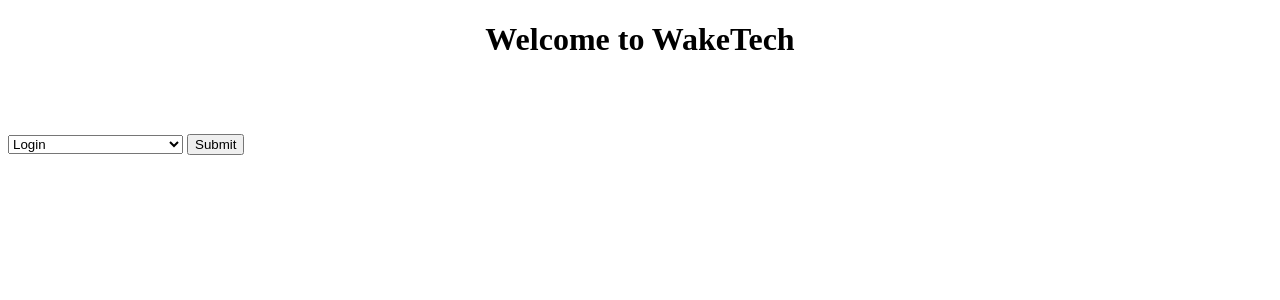
Repository: weshayutin/java258Online
Page: http://localhost/Week5Assignment2/menu.jsp
An editor plug-in stored every save of this project. The page is shown before and after the next save, followed by the edit.
The browser window is 1280 px wide. The pictures show the whole page.
The page is served by Tomcat 9. Other server files are loaded and not shown.

Above is the page before, as saved 2011-02-16 03:13:36.

### workspace/Week5Assignment2/WebContent/menu.jsp
<%@ page language="java" contentType="text/html; charset=UTF-8"
    pageEncoding="UTF-8"%>
<!DOCTYPE html PUBLIC "-//W3C//DTD HTML 4.01 Transitional//EN" "http://www.w3.org/TR/html4/loose.dtd">
<html>
<head>
<meta http-equiv="Content-Type" content="text/html; charset=UTF-8">
<title> Welcome to WakeTech</title>
<h1 align="center"> Welcome to WakeTech</h1>
</head>
<body>
<%

    session.setAttribute("page","menu.jsp");
%>

<br><br><br>
<form method="GET" action="ValidateUser.do">
 <select name=mypage>
  <option value="login">Login</option>
  <option value="classcriteria">Search By Criteria</option>
  <option value="classdisplay">Search By Prefix</option>
  <option value="schedule">Display Student Schedule</option>
</select>

	 <input type="SUBMIT"/>



</form>


</body>
</html>

After the next save:
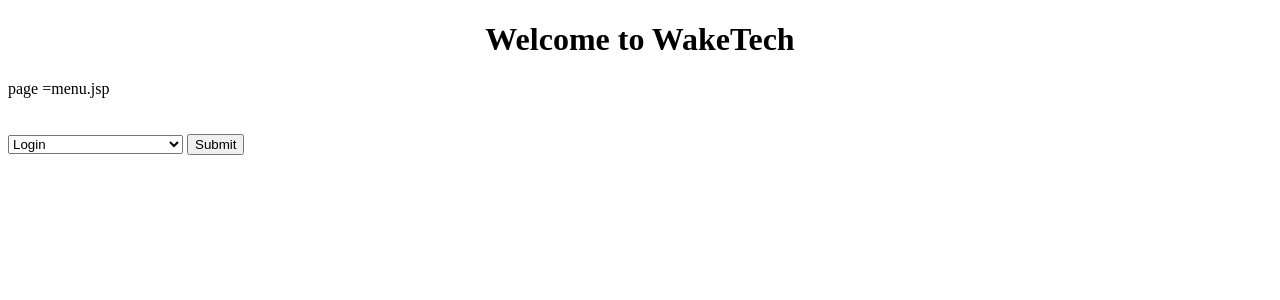
Saved 3 min 28 s later.
--- a/workspace/Week5Assignment2/WebContent/menu.jsp
+++ b/workspace/Week5Assignment2/WebContent/menu.jsp
@@ -11,6 +11,7 @@
 <%
 
     session.setAttribute("page","menu.jsp");
+	out.println("page ="+session.getAttribute("page"));
 %>
 
 <br><br><br>
